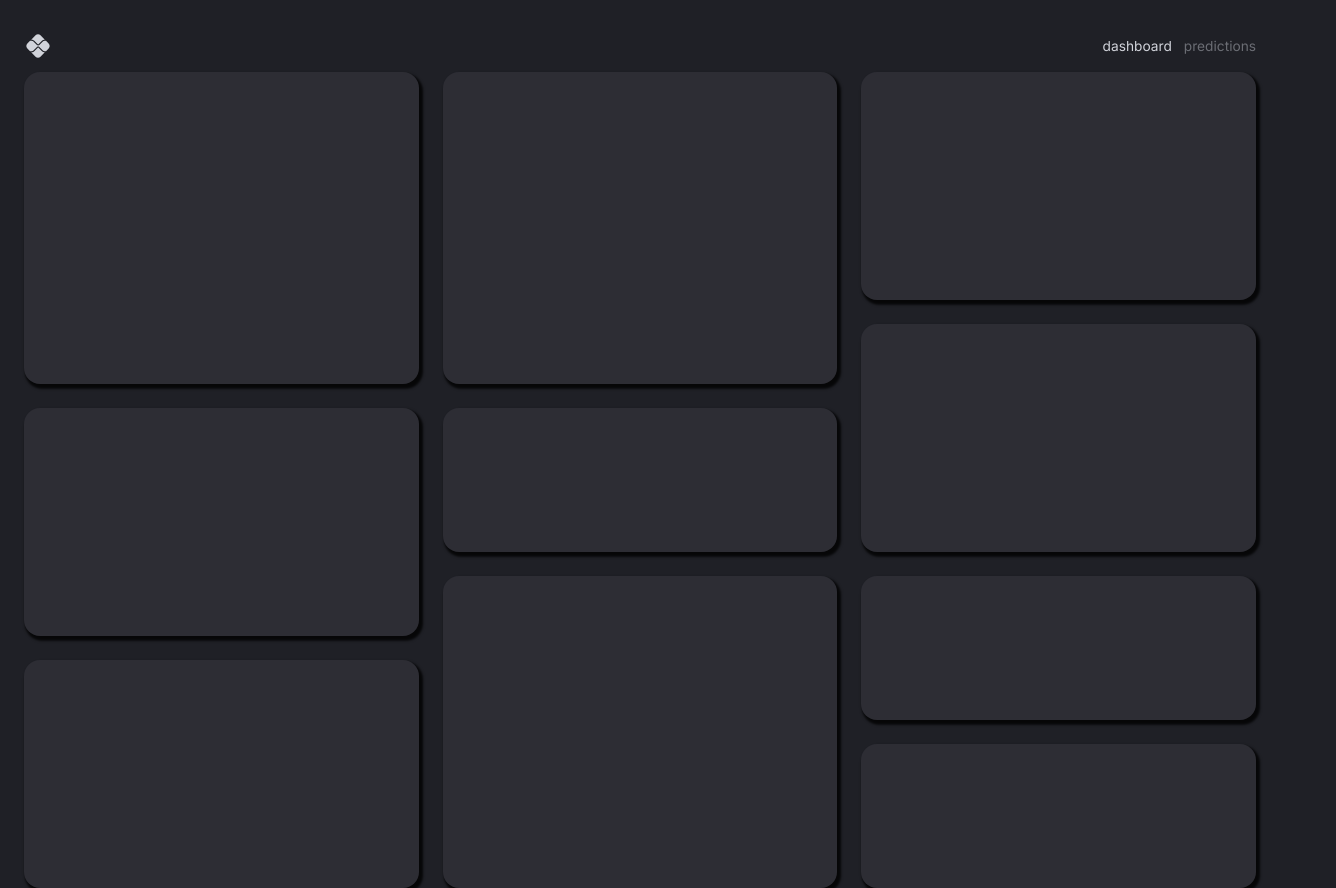
Repository: BernhardSilva/finance-client
Page: /
An editor plug-in stored every save of this project. The page is shown before and after the next save, followed by the edit.
The browser window is 1280 px wide. The page is 1280 px wide, then 1336 px, then 1280 px, so the pictures cover 1336 px, including what lies to the right of the window. The pictures show the whole page.
The project was rebuilt for these pictures with package versions that can differ from the ones it lists, and the page was loaded fresh each time. Also part of the build but not shown: vite.config.ts.

Above is the page before, as saved 2023-05-14 22:27:41.

### src/App.tsx
import '@/App.css';
import Navbar from '@/scenes/navbar';
import Dashboard from '@/scenes/dashboard';
import { Box, CssBaseline } from '@mui/material';
import { ThemeProvider, createTheme } from '@mui/material/styles';
import { useMemo } from 'react';
import { BrowserRouter, Route, Routes } from 'react-router-dom';
import { themeSettings } from './theme';

function App() {
	const theme = useMemo(() => createTheme(themeSettings), []);
	return (
		<>
			<div className='app'>
				<BrowserRouter>
					<ThemeProvider theme={theme}>
						<CssBaseline />
						<Box width='100%' height='100%' padding='1remn 2rem 4rem 2rem'>
							<Navbar />
							<Routes>
								<Route path='/' element={<Dashboard />} />
								<Route path='/predictions' element={<div>predictions page</div>} />
							</Routes>
						</Box>
					</ThemeProvider>
				</BrowserRouter>
			</div>
		</>
	);
}

export default App;

### src/index.css
@import url('https://fonts.googleapis.com/css2?family=Inter:wght@400;500;600&family=Ubuntu:wght@400;700&display=swap');


html, body, #root, .app {
  height: 100%;
  width: 100%;
  font-family: "Inter", sans-serif;
  background-color: #1f2026
}

### src/App.css
#root {
  max-width: 1280px;
  margin: 0 auto;
  padding: 1.5rem;
  text-align: center;
}

.logo {
  height: 6em;
  padding: 1.5em;
  will-change: filter;
  transition: filter 300ms;
}
.logo:hover {
  filter: drop-shadow(0 0 2em #646cffaa);
}
.logo.react:hover {
  filter: drop-shadow(0 0 2em #61dafbaa);
}

@keyframes logo-spin {
  from {
    transform: rotate(0deg);
  }
  to {
    transform: rotate(360deg);
  }
}

@media (prefers-reduced-motion: no-preference) {
  a:nth-of-type(2) .logo {
    animation: logo-spin infinite 20s linear;
  }
}

.card {
  padding: 2em;
}

.read-the-docs {
  color: #888;
}

### src/scenes/navbar/index.tsx
import { useState } from 'react';
import { Link } from 'react-router-dom';
import { Box, Typography, useTheme } from '@mui/material';
import FlexBetween from '@/components/FlexBetween';
import PixIcon from '@mui/icons-material/Pix';

type Props = {};

const Navbar = (props: Props) => {
	const { palette } = useTheme();
	const [selected, setSelected] = useState('dashboard')
	return (
		<FlexBetween mb="0.25rem" p="0.5rem 0rem" color={palette.grey[300]}>
			{/* LEFT SIDE */}
			<FlexBetween gap="0.75rem">
				<PixIcon sx={{ fontSize: "28px" }}>
					<Typography variant="h4" fontSize="16px">
						Finanseer
					</Typography>
				</PixIcon>
			</FlexBetween>
			{/* RIGHT SIDE */}
			<FlexBetween gap="0.75rem">
				<Box sx={{ '&:hover': { color: palette.primary[100] } }}>
					<Link to="/" onClick={() => setSelected("dashboard")}
						style={{
							color: selected === "dashboard" ? "inherit" : palette.grey[700],
							textDecoration: "inherit"
						}}>
							dashboard
					</Link>
				</Box>
				<Box sx={{ '&:hover': { color: palette.primary[100] } }}>
					<Link to="/predictions" onClick={() => setSelected("predictions")}
						style={{
							color: selected === "predictions" ? "inherit" : palette.grey[700],
							textDecoration: "inherit"
						}}>
							predictions
					</Link>
				</Box>
			</FlexBetween>

		</FlexBetween >
	);
};

export default Navbar;

### src/scenes/dashboard/index.tsx
import DashboardBox from '@/components/DashboardBox';
import { Box, useMediaQuery } from '@mui/material';
import Row1 from './Row1';

type Props = {}

const gridTemplateLargeScreens = `
    "a b c"
    "a b c"
    "a b c"
    "a b f"
    "d e f"
    "d e f"
    "d h i"
    "g h i"
    "g h j"
    "g h j"
`
const gridTemplateSmallScreens = `
    "a"
    "a"
    "a"
    "a"
    "b"
    "b"
    "b"
    "b"
    "c"
    "c"
    "c"
    "d"
    "d"
    "d"
    "d"
    "e"
    "e"
    "f"
    "f"
    "f"
    "g"
    "g"
    "g"
    "h"
    "h"
    "h"
    "h"
    "i"
    "i"
    "j"
    "j"
`

const Dashboard = (props: Props) => {
    const isAboveMediumScreens = useMediaQuery("(min-width: 1200px)")
    return (
        <Box width="100%" height="100%" display="grid" gap="1.5rem"
            sx={isAboveMediumScreens ? {
                gridTemplateColumns: "repeat(3, minmax(370px, 1fr))",
                gridTemplateRows: "repeat(10, minmax(60px, 1fr ))",
                gridTemplateAreas: gridTemplateLargeScreens,
            } : {
                gridTemplateColumns: "1fr",
                gridAutoRows: "80px",
                gridTemplateAreas: gridTemplateSmallScreens
            }
            }>
            <Row1></Row1>
            <DashboardBox gridArea="d"></DashboardBox>
            <DashboardBox gridArea="e"></DashboardBox>
            <DashboardBox gridArea="f"></DashboardBox>
            <DashboardBox gridArea="g"></DashboardBox>
            <DashboardBox gridArea="h"></DashboardBox>
            <DashboardBox gridArea="i"></DashboardBox>
            <DashboardBox gridArea="j"></DashboardBox>
        </Box>
    )
}

export default Dashboard

### src/theme.ts

export const tokens = {
    grey: {
      100: "#f0f0f3",
      200: "#e1e2e7",
      300: "#d1d3da",
      400: "#c2c5ce",
      500: "#b3b6c2",
      600: "#8f929b",
      700: "#6b6d74",
      800: "#48494e",
      900: "#242427",
    },
    primary: {
      // light green
      100: "#d0fcf4",
      200: "#a0f9e9",
      300: "#71f5de",
      400: "#41f2d3",
      500: "#12efc8",
      600: "#0ebfa0",
      700: "#0b8f78",
      800: "#076050",
      900: "#043028",
    },
    secondary: {
      // yellow
      100: "#fcf0dd",
      200: "#fae1bb",
      300: "#f7d299",
      400: "#f5c377",
      500: "#f2b455",
      600: "#c29044",
      700: "#916c33",
      800: "#614822",
      900: "#302411",
    },
    tertiary: {
      // purple
      500: "#8884d8",
    },
    background: {
      light: "#2d2d34",
      main: "#1f2026",
    },
  };

  // mui theme settings
  export const themeSettings = {
    palette: {
      primary: {
        ...tokens.primary,
        main: tokens.primary[500],
        light: tokens.primary[400],
      },
      secondary: {
        ...tokens.secondary,
        main: tokens.secondary[500],
      },
      tertiary: {
        ...tokens.tertiary,
      },
      grey: {
        ...tokens.grey,
        main: tokens.grey[500],
      },
      background: {
        default: tokens.background.main,
        light: tokens.background.light,
      },
    },
    typography: {
      fontFamily: ["Inter", "sans-serif"].join(","),
      fontSize: 12,
      h1: {
        fontFamily: ["Inter", "sans-serif"].join(","),
        fontSize: 32,
      },
      h2: {
        fontFamily: ["Inter", "sans-serif"].join(","),
        fontSize: 24,
      },
      h3: {
        fontFamily: ["Inter", "sans-serif"].join(","),
        fontSize: 20,
        fontWeight: 800,
        color: tokens.grey[200],
      },
      h4: {
        fontFamily: ["Inter", "sans-serif"].join(","),
        fontSize: 14,
        fontWeight: 600,
        color: tokens.grey[300],
      },
      h5: {
        fontFamily: ["Inter", "sans-serif"].join(","),
        fontSize: 12,
        fontWeight: 400,
        color: tokens.grey[500],
      },
      h6: {
        fontFamily: ["Inter", "sans-serif"].join(","),
        fontSize: 10,
        color: tokens.grey[700],
      },
    },
  };

### src/components/FlexBetween.tsx
import { Box } from '@mui/material';
import { styled } from '@mui/system';

const FlexBetween = styled(Box)({
	display: 'flex',
	justifyContent: 'space-between',
	alignItems: 'center'
});

export default FlexBetween;

### src/components/DashboardBox.tsx
import { Box } from '@mui/material';
import { styled } from '@mui/system';

const DashboardBox = styled(Box)(({ theme }) => ({
    backgroundColor: theme.palette.background.light,
    borderRadius: "1rem",
    boxShadow: "0.15rem 0.2rem 0.15rem 0.1rem rgba(0,0,0, .8)",
}));

export default DashboardBox;

### src/scenes/dashboard/Row1.tsx
import DashboardBox from '@/components/DashboardBox'
import React from 'react'

type Props = {}

const Row1 = (props: Props) => {
    return (
        <>
            <DashboardBox gridArea="a"></DashboardBox>
            <DashboardBox gridArea="b"></DashboardBox>
            <DashboardBox gridArea="c"></DashboardBox>
        </>
    )
}

export default Row1

### src/scenes/dashboard/Row2.tsx
import DashboardBox from '@/components/DashboardBox'

type Props = {}

const Row2 = (props: Props) => {
    return (
        <>
            <DashboardBox gridArea="d"></DashboardBox>
            <DashboardBox gridArea="e"></DashboardBox>
            <DashboardBox gridArea="f"></DashboardBox>
        </>
    )
}

export default Row2

Loaded but not shown: index.html (common file); src/main.tsx (common file)

After the next save:
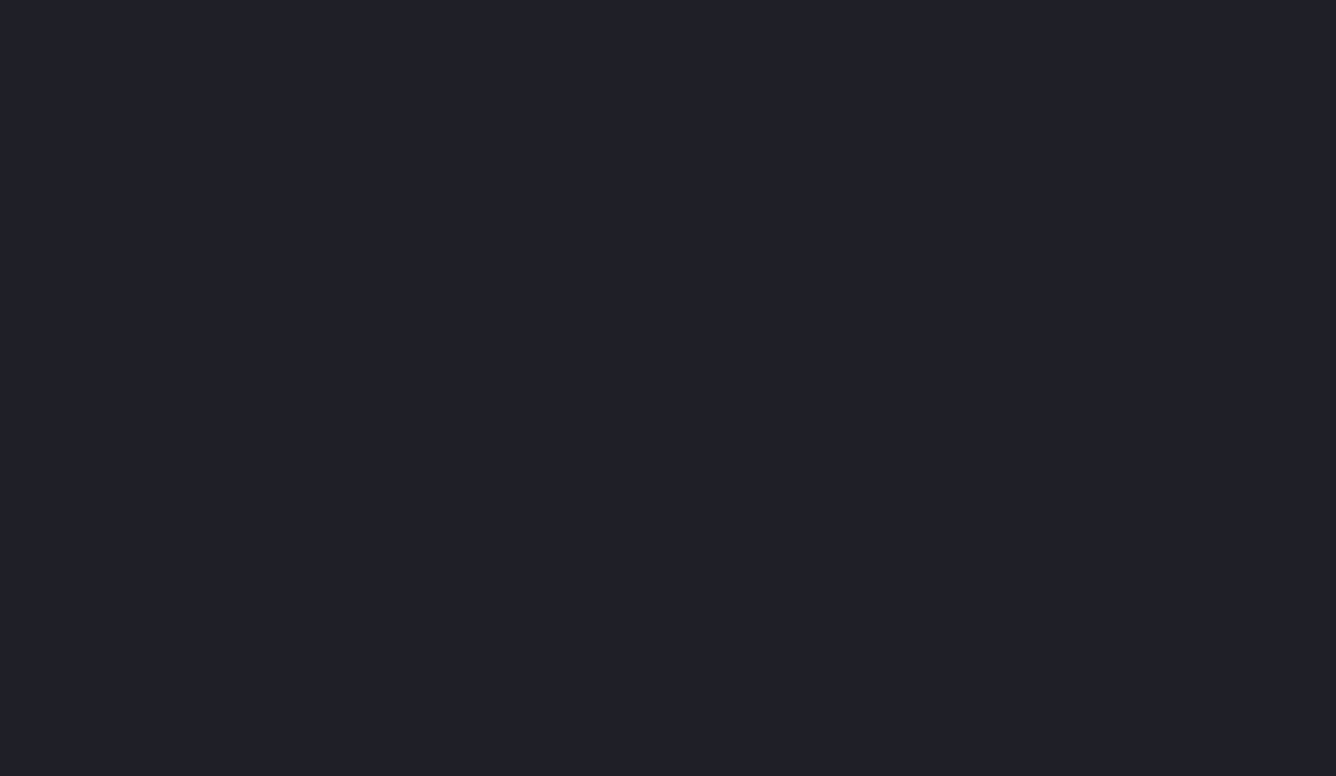
Console error: ReferenceError: Row2 is not defined
Saved 21 s later.
--- a/src/scenes/dashboard/index.tsx
+++ b/src/scenes/dashboard/index.tsx
@@ -65,9 +65,7 @@ const Dashboard = (props: Props) => {
             }
             }>
             <Row1></Row1>
-            <DashboardBox gridArea="d"></DashboardBox>
-            <DashboardBox gridArea="e"></DashboardBox>
-            <DashboardBox gridArea="f"></DashboardBox>
+            <Row2></Row2>
             <DashboardBox gridArea="g"></DashboardBox>
             <DashboardBox gridArea="h"></DashboardBox>
             <DashboardBox gridArea="i"></DashboardBox>

After the save that followed:
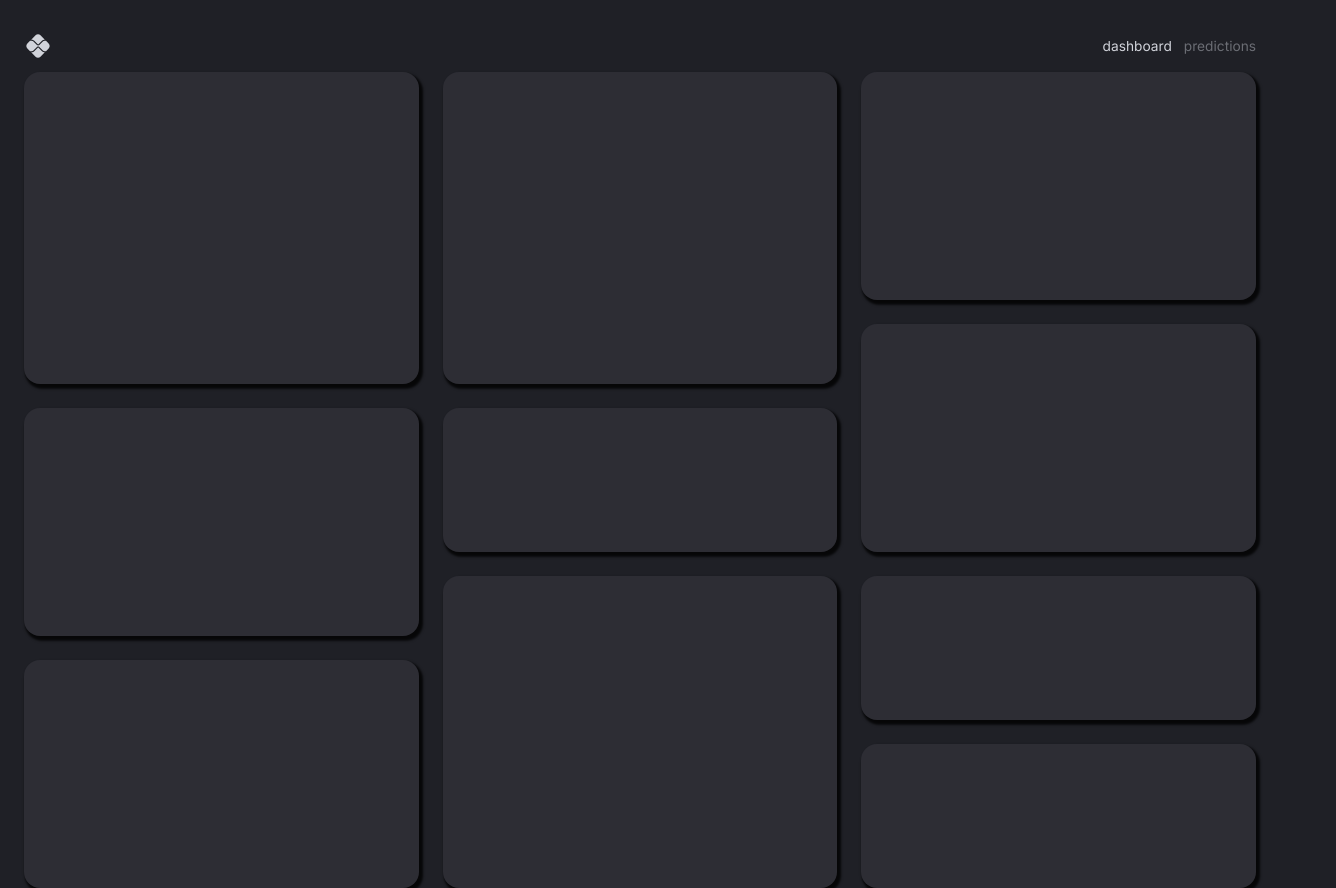
The error is gone.
Saved 6 s later.
--- a/src/scenes/dashboard/index.tsx
+++ b/src/scenes/dashboard/index.tsx
@@ -1,6 +1,7 @@
 import DashboardBox from '@/components/DashboardBox';
 import { Box, useMediaQuery } from '@mui/material';
 import Row1 from './Row1';
+import Row2 from './Row2';
 
 type Props = {}
 
